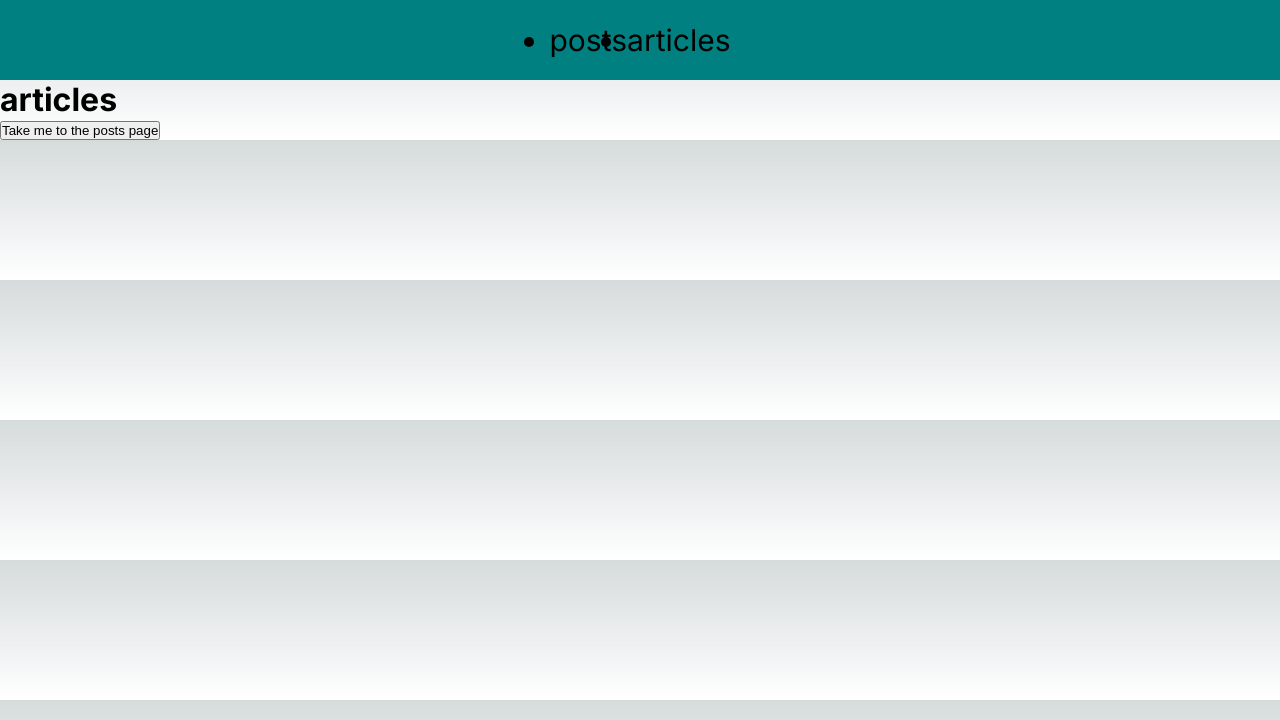
Repository: abdulrahmanmahmood/The-first-Next-js-app
Page: /articles
An editor plug-in stored every save of this project. The page is shown before and after the next save, followed by the edit.
The browser window is 1280 px wide. The pictures show the whole page.
The project was rebuilt for these pictures with package versions that can differ from the ones it lists, and the page was loaded fresh each time. The framework's server and built-in components were replaced by stand-ins that run in the browser. Also part of the build but not shown: next.config.js.

Above is the page before, as saved 2023-10-29 23:23:52.

### app/layout.js
import { Inter } from "next/font/google";
import "./globals.css";
import Link from "next/link";

const inter = Inter({ subsets: ["latin"] });

export const metadata = {
  title: "Create Next App",
  description: "Generated by create next app",
};

export default function RootLayout({ children }) {
  return (
    <html lang="en">
      <body className={inter.className}>
        <nav
          style={{
            width: "100%",
            background: "teal",
            fontSize: "30px",
            height: "80px",
            display: "flex",
            // flexDirection:"row",
            justifyContent:"center",
            alignItems:"center"
          }}
        >
          <ul            style={{
            // width: "100%",
            background: "teal",
            fontSize: "30px",
            height: "80px",
            display: "flex",
            // flexDirection:"row",
            justifyContent:"center",
            alignItems:"center"
          }}>
            <li>
              <Link href="/posts">posts</Link>
            </li>
            <li>
              <Link href="/articles">articles</Link>
            </li>
          </ul>
        </nav>
        {children}
      </body>
    </html>
  );
}

### app/articles/page.js
import Link from 'next/link'

function page() {
  return (
    <div>
      <h1>articles</h1>
      <Link href="/posts">
      <button>Take me to the posts page</button>
      </Link>
    </div>
  )
}

export default page

Loaded but not shown: app/globals.css (common file)

After the next save:
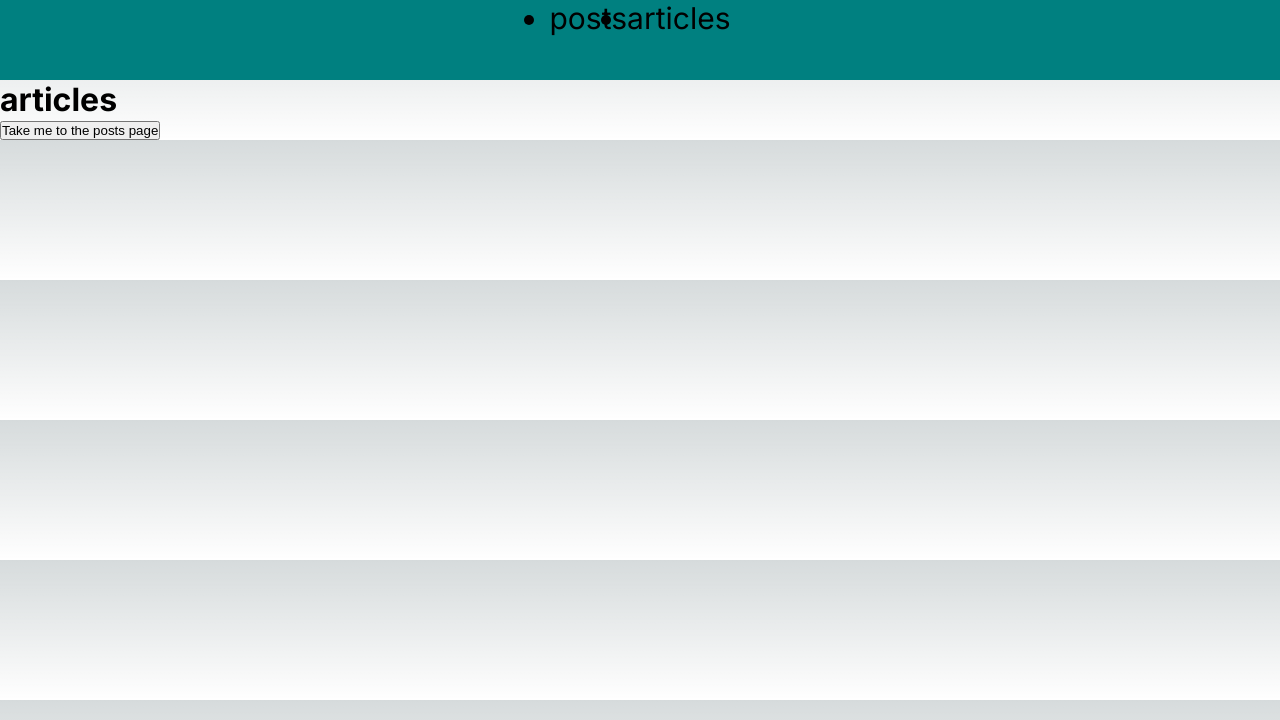
Saved 5 s later.
--- a/app/layout.js
+++ b/app/layout.js
@@ -32,8 +32,8 @@ export default function RootLayout({ children }) {
             height: "80px",
             display: "flex",
             // flexDirection:"row",
-            justifyContent:"center",
-            alignItems:"center"
+            // justifyContent:"center",
+            // alignItems:"center"
           }}>
             <li>
               <Link href="/posts">posts</Link>
